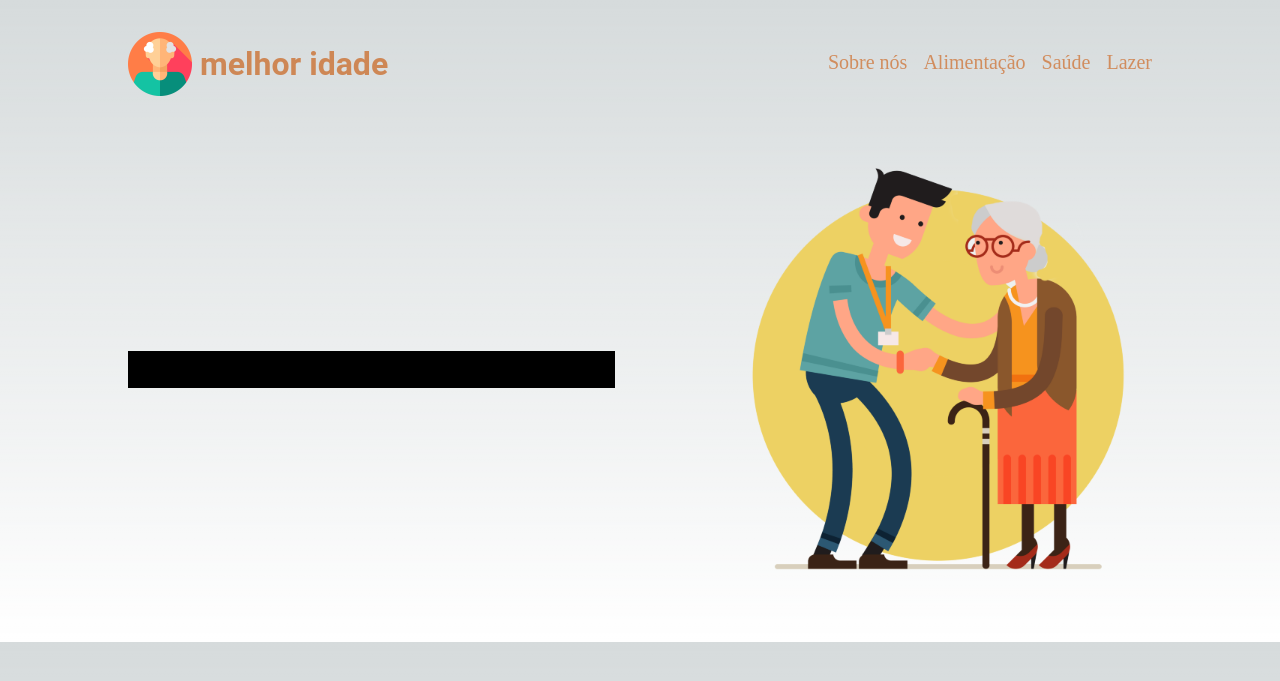
Repository: Giopol12/melhor-idade-online
Page: /home
An editor plug-in stored every save of this project. The page is shown before and after the next save, followed by the edit.
The browser window is 1280 px wide. The pictures show the whole page.
The project was rebuilt for these pictures with package versions that can differ from the ones it lists, and the page was loaded fresh each time. The framework's server and built-in components were replaced by stand-ins that run in the browser. Also part of the build but not shown: next.config.js.

Above is the page before, as saved 2023-11-12 15:51:23.

### src/pages/home/index.tsx
import { Header } from '@/components/Header'
import { Container } from './styles'
import { HomeMain } from './HomeMain'

export default function Home() {
  return (
    <Container>
      <Header />
      <HomeMain />
    </Container>
  )
}

### src/components/Header/index.tsx
import Image from 'next/image'
import { HeaderContainer, LogoContainer, NavContainer } from './styles'

import logo2 from '../../../assets/logo2.png'
import Link from 'next/link'

export function Header() {
  return (
    <HeaderContainer>
      <LogoContainer href="/">
        <Image src={logo2} width={64} alt="logo" quality={100} />
        <strong>melhor idade</strong>
      </LogoContainer>

      <NavContainer>
        <Link href={'/nutrition'}>Sobre nós</Link>
        <Link href="/">Alimentação</Link>
        <Link href="/">Saúde</Link>
        <Link href="/">Lazer</Link>
      </NavContainer>
    </HeaderContainer>
  )
}

### src/pages/home/styles.ts
import { styled } from '@/styles'

export const Container = styled('div', {
  maxWidth: '1440px',
  margin: '0 auto',
})

### src/pages/home/HomeMain/index.tsx
import Image from 'next/image'
import { ContentContainer, HomeMainContainer } from './styles'

import mainImg from '../../../../assets/main-image.png'

export function HomeMain() {
  return (
    <HomeMainContainer>
      <ContentContainer>
        <h1>Fazendo o bem sem olhar a quem</h1>
      </ContentContainer>
      <Image src={mainImg} width={450} alt="" />
    </HomeMainContainer>
  )
}

### src/components/Header/styles.ts
import { styled } from '@/styles'
import Link from 'next/link'

export const HeaderContainer = styled('header', {
  maxWidth: 1024,
  margin: '2rem auto',
  display: 'flex',
  justifyContent: 'space-between',
  alignItems: 'center',
})
export const LogoContainer = styled(Link, {
  fontFamily: 'Roboto, sans-serif',
  display: 'flex',
  alignItems: 'center',
  gap: '0.5rem',
  fontWeight: 900,
  fontSize: '2rem',
  textDecoration: 'none',
  color: '$beije500',
})
export const NavContainer = styled('div', {
  display: 'flex',
  gap: '1rem',
  a: {
    textDecoration: 'none',
    color: '$beije400',
    fontSize: '$lg',
    borderBottom: '3px solid transparent',
    '&:hover': {
      borderBottom: '3px solid $beije500',
    },
  },
})

### src/styles/index.ts
import { createStitches } from '@stitches/react'
export const {
  config,
  createTheme,
  css,
  getCssText,
  globalCss,
  keyframes,
  prefix,
  reset,
  styled,
  theme,
} = createStitches({
  theme: {
    colors: {
      white: '#FFF',

      beije100: '#FFFBF4',
      beije400: '#D18D5E',
      beije500: '#CE8755',
      gray700: '#21201F',
      gray900: '#010101',
      green100: '#CDE693',
    },

    fontSizes: {
      md: '1.125rem',
      lg: '1.25rem',
      xl: '1.5rem',
      '2xl': '2rem',
    },
  },
})

### src/pages/home/HomeMain/styles.ts
import { styled } from '@/styles'

export const HomeMainContainer = styled('main', {
  maxWidth: 1024,
  margin: '3rem auto',
  display: 'flex',
  justifyContent: 'space-between',
  alignItems: 'center',
})
export const ContentContainer = styled('div', {
  background: 'black',
  h1: {
    fontFamily: 'Lobster, sans-serif;',
    fontWeight: '400',
  },
})

Loaded but not shown: src/pages/_app.tsx (common file); src/pages/_document.tsx (common file); src/styles/globals.css (common file)

After the next save:
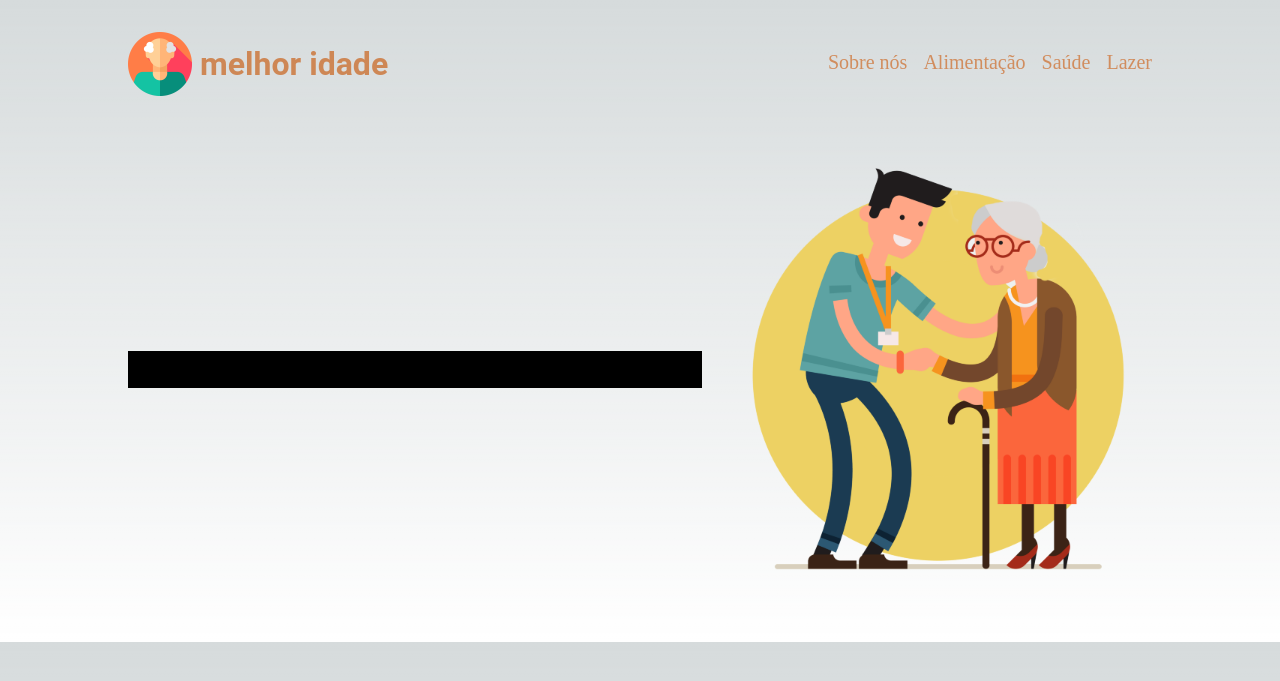
Saved 32 s later.
--- a/src/pages/home/HomeMain/styles.ts
+++ b/src/pages/home/HomeMain/styles.ts
@@ -9,6 +9,7 @@ export const HomeMainContainer = styled('main', {
 })
 export const ContentContainer = styled('div', {
   background: 'black',
+  flex: 1,
   h1: {
     fontFamily: 'Lobster, sans-serif;',
     fontWeight: '400',
